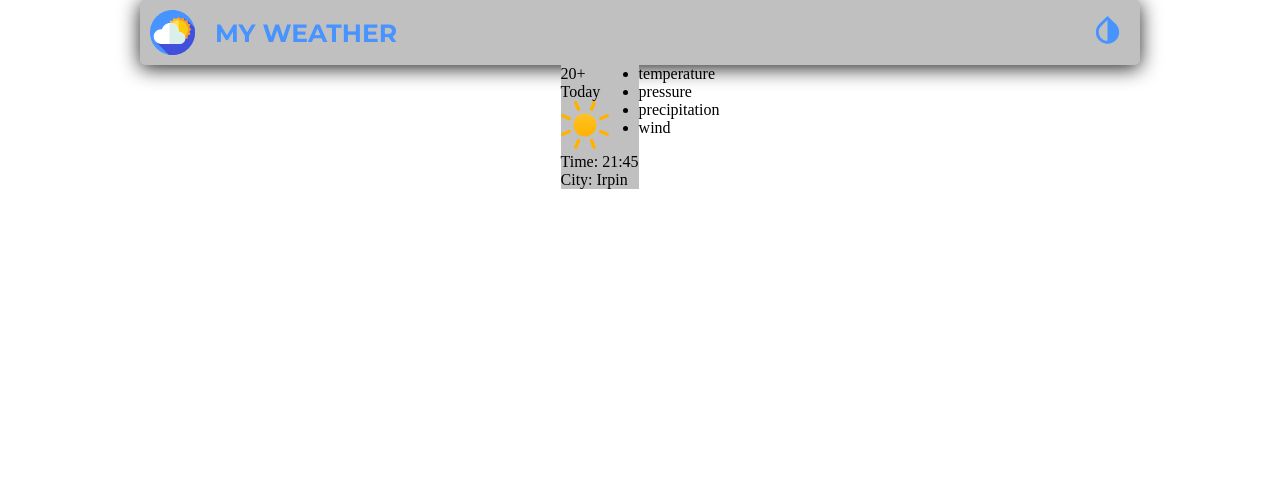
Repository: YuraKrvz/my_weather2
Page: /
These files come from the project's save history. The page is drawn as it stood at one moment and after the next save; the edit follows.
The browser window is 1280 px wide. The pictures show the whole page.
The project was rebuilt for these pictures with package versions that can differ from the ones it lists, and the page was loaded fresh each time.

Above is the page before, as saved 2022-01-25 18:11:03.

After the next save:
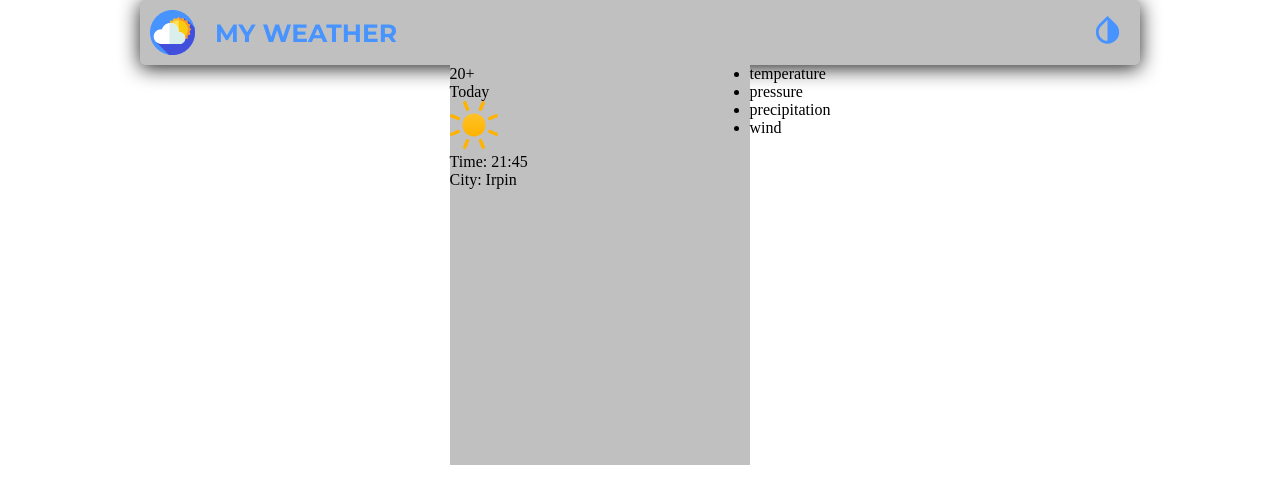
Saved 15 s later.
--- a/src/components/MyWeather/MyWeather.module.css
+++ b/src/components/MyWeather/MyWeather.module.css
@@ -3,6 +3,8 @@
    justify-content: center;
 }
 .main{
+   height: 400px;
+   width: 300px;
    background-color: var(--components-background);
 }
 .temp__main{}
